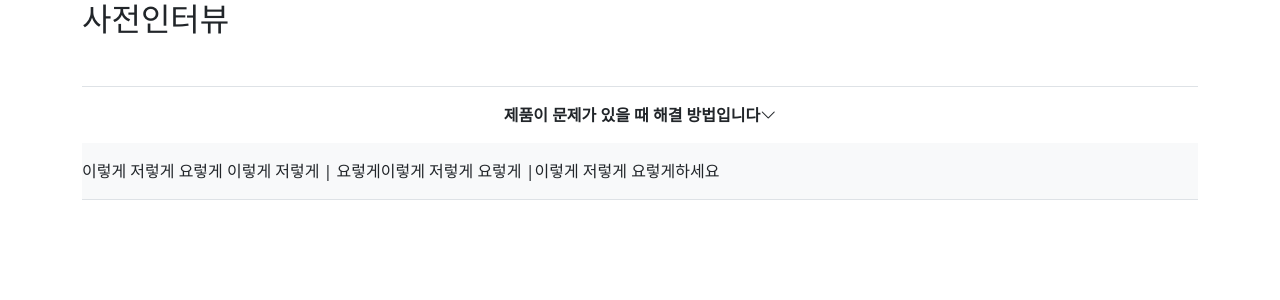
Repository: shin-eekk/js_study
Page: faq.html
These files come from the project's save history. The page is drawn as it stood at one moment and after the next save; the edit follows.
The browser window is 1280 px wide. The pictures show the whole page.
The style sheet was rebuilt from its Sass, Less or Tailwind sources for each picture, by a compiler version that may differ from the author's.

Above is the page before, as saved 2025-03-12 10:46:19.

### faq.html
<!DOCTYPE html>
<html lang="en">
<head>
    <meta charset="UTF-8">
    <meta name="viewport" content="width=device-width, initial-scale=1.0">
    <title>Document</title>
    <link rel="stylesheet" href="https://cdn.jsdelivr.net/npm/reset-css@5.0.2/reset.min.css">
    <link href="https://cdn.jsdelivr.net/npm/bootstrap@5.3.3/dist/css/bootstrap.min.css" rel="stylesheet" integrity="sha384-QWTKZyjpPEjISv5WaRU9OFeRpok6YctnYmDr5pNlyT2bRjXh0JMhjY6hW+ALEwIH" crossorigin="anonymous">
    <link rel="stylesheet" href="https://cdn.jsdelivr.net/npm/bootstrap-icons@1.11.3/font/bootstrap-icons.min.css">
    <link rel="stylesheet" href="./scss/faq.min.css">
    <script src="./js/faq.js"></script>
</head>
<body>
    <section id="faq" class="section">
        <div class="container d-flex gap-5 flex-column justify-content-center">
            <h2>사전인터뷰</h2>
            <dl>
                <!-- <dt class="border-top py-3 d-flex justify-content-center">
                    <strong>타이틀</strong>
                    <i class="bi bi-chevron-down"></i>
                </dt>
                <dd class="border-bottom py-3 bg-light">내용</dd> -->
            </dl>

        </div>
    </section>
</body>
</html>

### js/faq.js
window.addEventListener("DOMContentLoaded",()=>{
    const faq = [
        {
        dt: "제품이 문제가 있을 때 해결 방법입니다",
        dd: "이렇게 저렇게 요렇게 이렇게 저렇게 | 요렇게이렇게 저렇게 요렇게 |이렇게 저렇게 요렇게하세요"
        },
        {
        dt: "배송에 문제가 생겼어요",
        dd: "이렇게 저렇게 요렇게 이렇게 저렇게 | 요렇게이렇게 저렇게 요렇게 |이렇게 저렇게 요렇게하세요"
        },
        {
        dt: "제품을 교환/환불하고 싶어요",
        dd: "이렇게 저렇게 요렇게 이렇게 저렇게 | 요렇게이렇게 저렇게 요렇게 |이렇게 저렇게 요렇게하세요"
        },
        {
        dt: "제품이 문제가 있을 때 해결 방법입니다",
        dd: "이렇게 저렇게 요렇게 이렇게 저렇게 | 요렇게이렇게 저렇게 요렇게 |이렇게 저렇게 요렇게하세요"
        },
        {
        dt: "제품이 문제가 있을 때 해결 방법입니다",
        dd: "이렇게 저렇게 요렇게 이렇게 저렇게 | 요렇게이렇게 저렇게 요렇게 |이렇게 저렇게 요렇게하세요"
        },
    ]
    let faqtag = `<dt class="border-top py-3 d-flex justify-content-center">
                    <strong>${faq[0].dt}</strong>
                    <i class="bi bi-chevron-down"></i>
                </dt>
                <dd class="border-bottom py-3 bg-light">${faq[0].dd}</dd>`;
    const faqdom = document.querySelector("#faq dl");
    faqdom.innerHTML = faqtag;
})

### scss/faq.scss
p, ul, li, dl, dt, dd, h1, h2, h3{
    margin: 0;
    padding: 0;
}

After the next save:
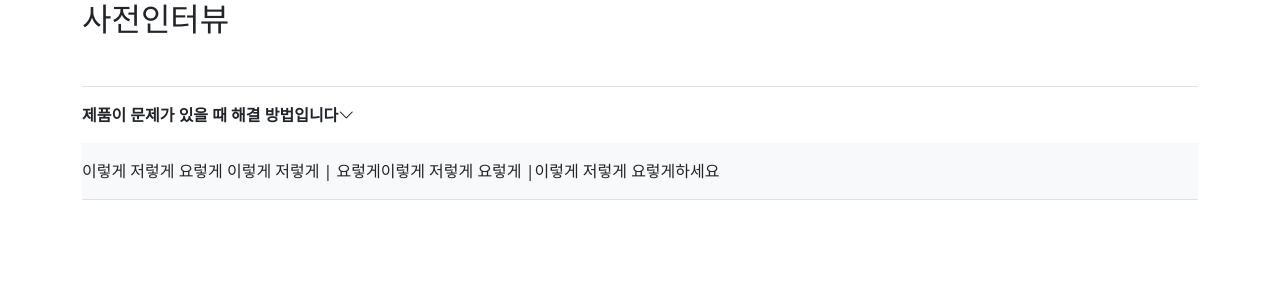
Saved 26 s later.
--- a/js/faq.js
+++ b/js/faq.js
@@ -21,7 +21,7 @@ window.addEventListener("DOMContentLoaded",()=>{
         dd: "이렇게 저렇게 요렇게 이렇게 저렇게 | 요렇게이렇게 저렇게 요렇게 |이렇게 저렇게 요렇게하세요"
         },
     ]
-    let faqtag = `<dt class="border-top py-3 d-flex justify-content-center">
+    let faqtag = `<dt class="border-top py-3 d-flex justify-content-btween">
                     <strong>${faq[0].dt}</strong>
                     <i class="bi bi-chevron-down"></i>
                 </dt>
